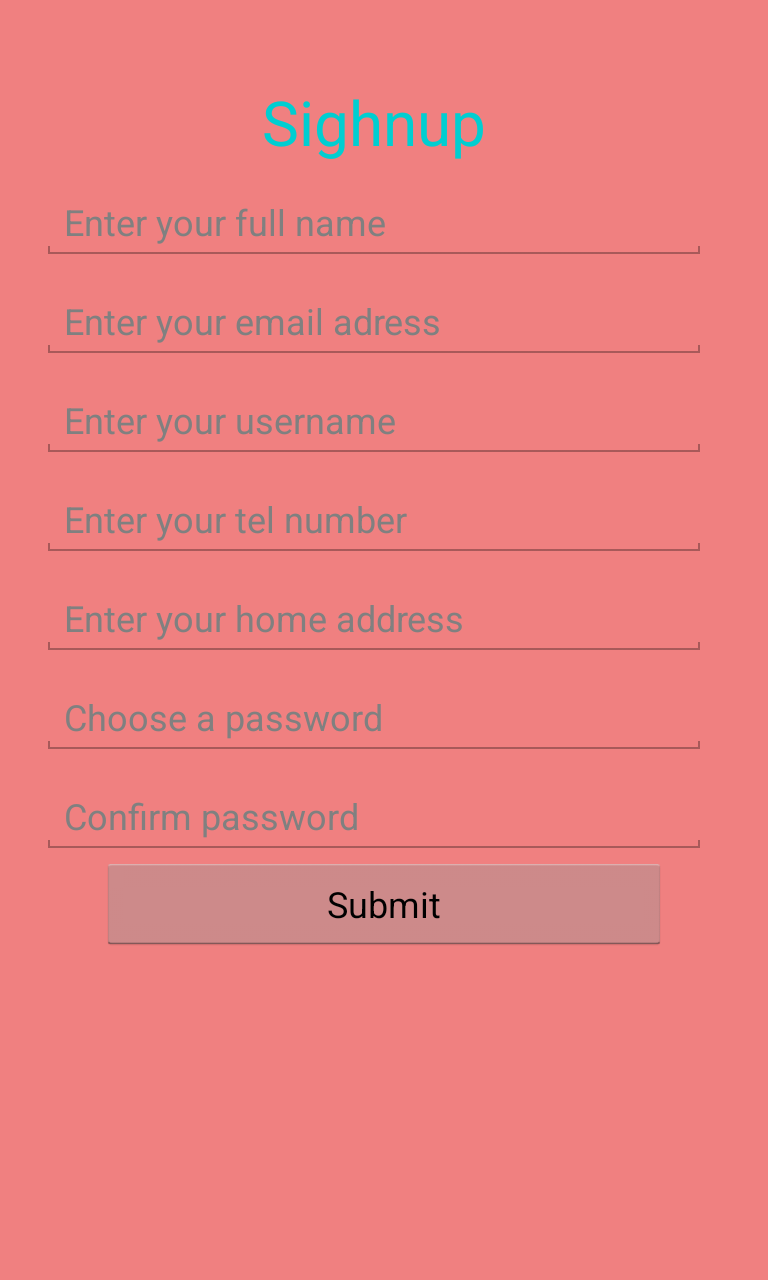
Repository: njiiriJohnii/Android-projects
Layout: MySimpleCalc/res/layout/joinus.xml
The author's editor kept a copy of each file at every save. The layout is drawn from the files as they stood at one save, then again after the next save.
It is drawn on a 768 x 1280 px phone screen (xhdpi) without system bars, with theme AppTheme; the app's code is not run.

Above is the layout before, as saved 2014-05-30 11:58:58.

### MySimpleCalc/res/layout/joinus.xml
<?xml version="1.0" encoding="utf-8"?>
<LinearLayout xmlns:android="http://schemas.android.com/apk/res/android"
    android:layout_width="fill_parent"
    android:layout_height="fill_parent"
    android:orientation="vertical"
    android:background="#F08080" >

    <TextView
    android:layout_width="fill_parent"
    android:layout_height="wrap_content"
    android:text="Sighnup"
    android:layout_marginTop="40dp"
    android:layout_marginLeft="20dp"
    android:layout_marginRight="30dp"
    android:textColor="#00CED1"
    android:textSize="14pt"
    android:gravity="center"

        />
    <EditText
    android:layout_width="fill_parent"
    android:layout_height="wrap_content"
    android:layout_marginTop="10dp"
    android:hint="Enter your full name"
    android:layout_marginLeft="20dp"
    android:layout_marginRight="30dp"



        />
     <EditText
    android:layout_width="fill_parent"
    android:layout_height="wrap_content"
    android:layout_marginTop="10dp"
    android:hint="Enter your email adress"
    android:maxLength="35"
    android:layout_marginLeft="20dp"
    android:layout_marginRight="30dp"


        />
         <EditText
    android:layout_width="fill_parent"
    android:layout_height="wrap_content"
    android:layout_marginTop="10dp"
    android:hint="Enter your username"
    android:inputType="number"
    android:maxLength="10"
    android:layout_marginLeft="20dp"
    android:layout_marginRight="30dp"

        />
      <EditText
    android:layout_width="fill_parent"
    android:layout_height="wrap_content"
    android:layout_marginTop="10dp"
    android:hint="Enter your tel number"
    android:inputType="number"
    android:maxLength="10"
    android:layout_marginLeft="20dp"
    android:layout_marginRight="30dp"

        />
       <EditText
    android:layout_width="fill_parent"
    android:layout_height="wrap_content"
    android:layout_marginTop="10dp"
    android:hint="Enter your home address"
    android:inputType="number"
    android:maxLength="10"
    android:layout_marginLeft="20dp"
    android:layout_marginRight="30dp"

        />
           <EditText
    android:layout_width="fill_parent"
    android:layout_height="wrap_content"
    android:layout_marginTop="10dp"
    android:hint="Choose a password"
    android:inputType="number"
    android:maxLength="10"
    android:layout_marginLeft="20dp"
    android:layout_marginRight="30dp"
     />
        <EditText
    android:layout_width="fill_parent"
    android:layout_height="wrap_content"
    android:layout_marginTop="10dp"
    android:hint="Confirm password"
    android:inputType="number"
    android:maxLength="10"
    android:layout_marginLeft="20dp"
    android:layout_marginRight="30dp"
    />
<Button
    android:layout_width="fill_parent"
    android:layout_height="wrap_content"
    android:text="Submit"
    android:layout_marginRight="50dp"
    android:layout_marginLeft="50dp"
    android:onClick="sub"



    />
</LinearLayout>

Loaded but not shown: MySimpleCalc/res/values/styles.xml (common file); MySimpleCalc/res/values-v11/styles.xml (common file); MySimpleCalc/res/values-v14/styles.xml (common file)

After the next save:
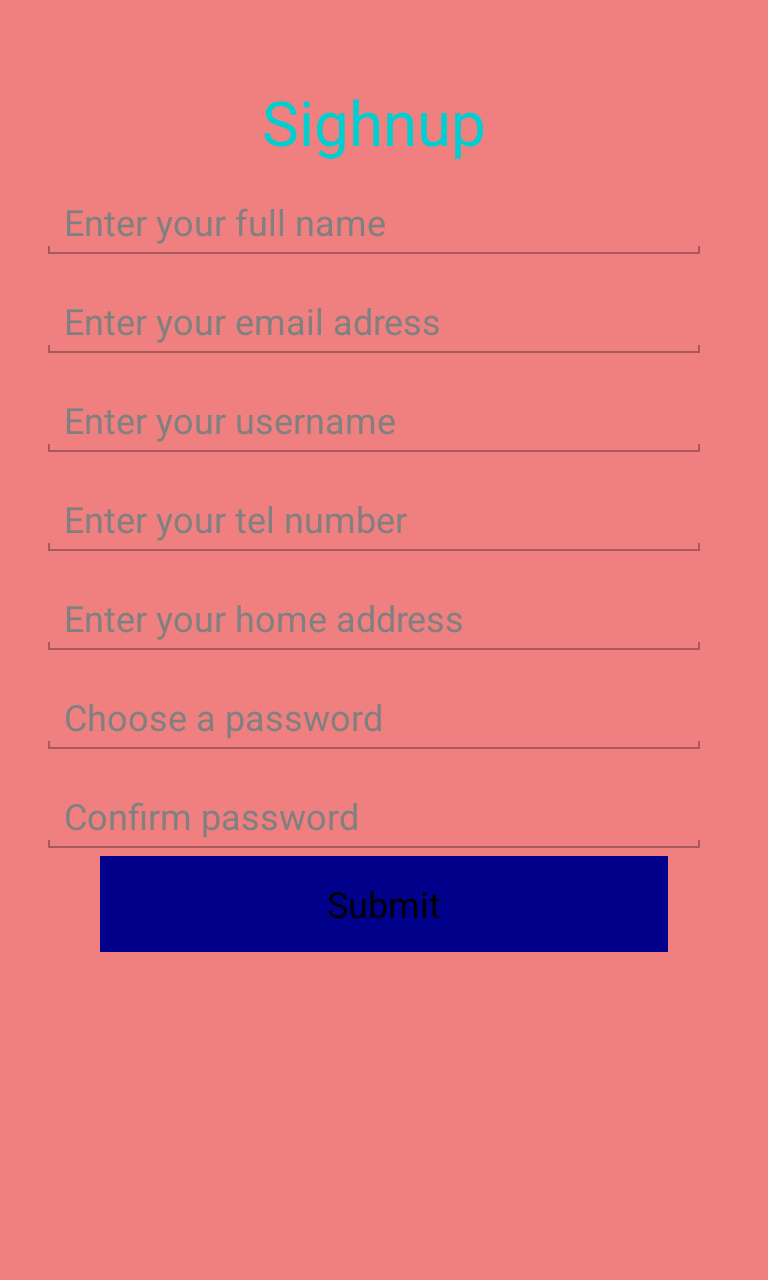
Saved 100 s later.
--- a/MySimpleCalc/res/layout/joinus.xml
+++ b/MySimpleCalc/res/layout/joinus.xml
@@ -98,6 +98,7 @@
     android:text="Submit"
     android:layout_marginRight="50dp"
     android:layout_marginLeft="50dp"
+    android:background="#00008B"
     android:onClick="sub"
 
 
